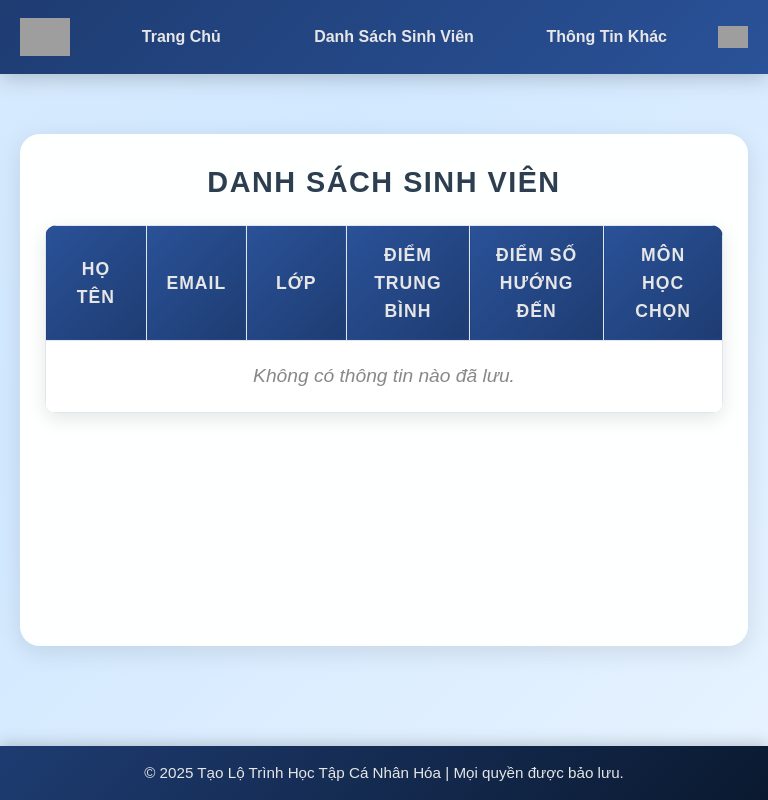
Repository: quankenda73/Prject_Final
Page: INDEX/save_info.html
An editor plug-in stored every save of this project. The page is shown before and after the next save, followed by the edit.
The browser window is 768 px wide. The pictures show the whole page.
Pictures or frames that could not be fetched are drawn as grey boxes.

Above is the page before, as saved 2025-02-25 11:32:18.

After the next save:
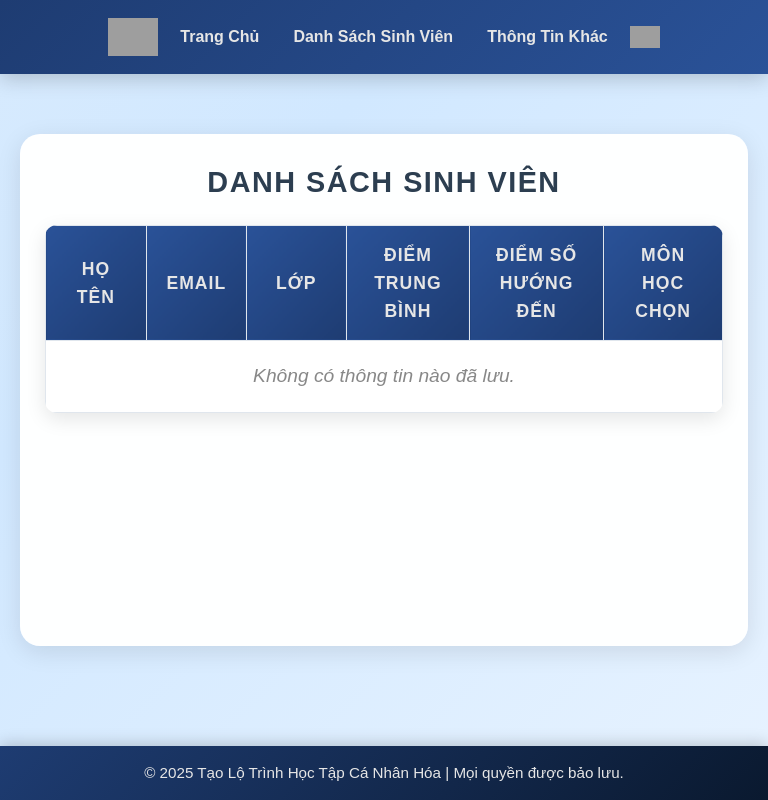
Saved 2 min 19 s later.
--- a/INDEX/save_info.html
+++ b/INDEX/save_info.html
@@ -19,10 +19,10 @@ body {
     display: flex;
     flex-direction: column;
     min-height: 100vh;
-    background: linear-gradient(135deg, #e6f0fa, #d1e8ff, #f0f7ff); /* Gradient xanh nhạt sáng */
+    background: linear-gradient(135deg, #e6f0fa, #d1e8ff, #f0f7ff);
     background-size: 200% 200%;
-    animation: gradientBG 15s ease infinite; /* Hiệu ứng động nhẹ */
-    color: #2c3e50; /* Màu chữ tối */
+    animation: gradientBG 15s ease infinite;
+    color: #2c3e50;
 }
 
 /* Hiệu ứng nền động */
@@ -35,20 +35,21 @@ body {
 /* Header */
 header {
     width: 100%;
-    background: linear-gradient(135deg, #1e3c72, #2a5298); /* Gradient xanh đậm sang trọng */
+    background: linear-gradient(135deg, #1e3c72, #2a5298);
     color: #e6e6e6;
     display: flex;
     align-items: center;
-    justify-content: space-between;
-    padding: 1.5rem 40px;
+    justify-content: center; /* Căn giữa toàn bộ nội dung */
+    padding: 1.5rem 20px; /* Giảm padding hai bên */
     box-shadow: 0 4px 20px rgba(0, 0, 0, 0.2);
     position: sticky;
     top: 0;
     z-index: 1000;
+    gap: 15px; /* Khoảng cách cố định giữa các phần tử */
 }
 
 .logo {
-    width: 60px; /* Tăng kích thước logo */
+    width: 60px;
     height: auto;
     transition: transform 0.3s ease;
 }
@@ -58,16 +59,16 @@ header {
 }
 
 .dashboard-item {
-    flex: 1;
     text-align: center;
     font-weight: 600;
     font-size: 1.2rem;
-    padding: 10px 0;
+    padding: 10px 15px; /* Giảm padding để gần nhau hơn */
     transition: color 0.3s ease, transform 0.3s ease;
+    flex: 0 1 auto; /* Không chiếm hết không gian thừa */
 }
 
 .dashboard-item:hover {
-    color: #ffd700; /* Vàng ánh kim khi hover */
+    color: #ffd700;
     transform: translateY(-2px);
 }
 
@@ -87,7 +88,7 @@ main {
     flex: 1;
     padding: 40px 20px;
     width: 100%;
-    max-width: 1400px; /* Tăng chiều rộng tối đa */
+    max-width: 1400px;
     display: flex;
     justify-content: center;
 }
@@ -136,7 +137,7 @@ th, td {
 }
 
 th {
-    background: linear-gradient(135deg, #2a5298, #1e3c72); /* Gradient xanh đậm */
+    background: linear-gradient(135deg, #2a5298, #1e3c72);
     color: #e6e6e6;
     font-weight: 700;
     text-transform: uppercase;
@@ -152,7 +153,7 @@ tr:nth-child(even) {
 }
 
 tr:hover {
-    background-color: #e6f0fa; /* Xanh nhạt khi hover */
+    background-color: #e6f0fa;
 }
 
 .no-data {
@@ -168,7 +169,7 @@ footer {
     width: 100%;
     text-align: center;
     padding: 20px 0;
-    background: linear-gradient(135deg, #1e3c72, #0a192f); /* Gradient xanh đậm */
+    background: linear-gradient(135deg, #1e3c72, #0a192f);
     color: #e6e6e6;
     box-shadow: 0 -2px 15px rgba(0, 0, 0, 0.2);
     font-size: 1rem;
@@ -178,7 +179,7 @@ footer {
 /* Responsive Design */
 @media (max-width: 768px) {
     header {
-        padding: 1rem 20px;
+        padding: 1rem 15px;
         flex-wrap: wrap;
         justify-content: center;
         gap: 10px;
@@ -190,7 +191,7 @@ footer {
 
     .dashboard-item {
         font-size: 1rem;
-        padding: 8px 0;
+        padding: 8px 12px;
     }
 
     .login-icon {
@@ -215,7 +216,7 @@ footer {
 
     th, td {
         padding: 15px;
-        min-width: 100px; /* Giảm chiều rộng tối thiểu trên mobile */
+        min-width: 100px;
     }
 
     footer {
